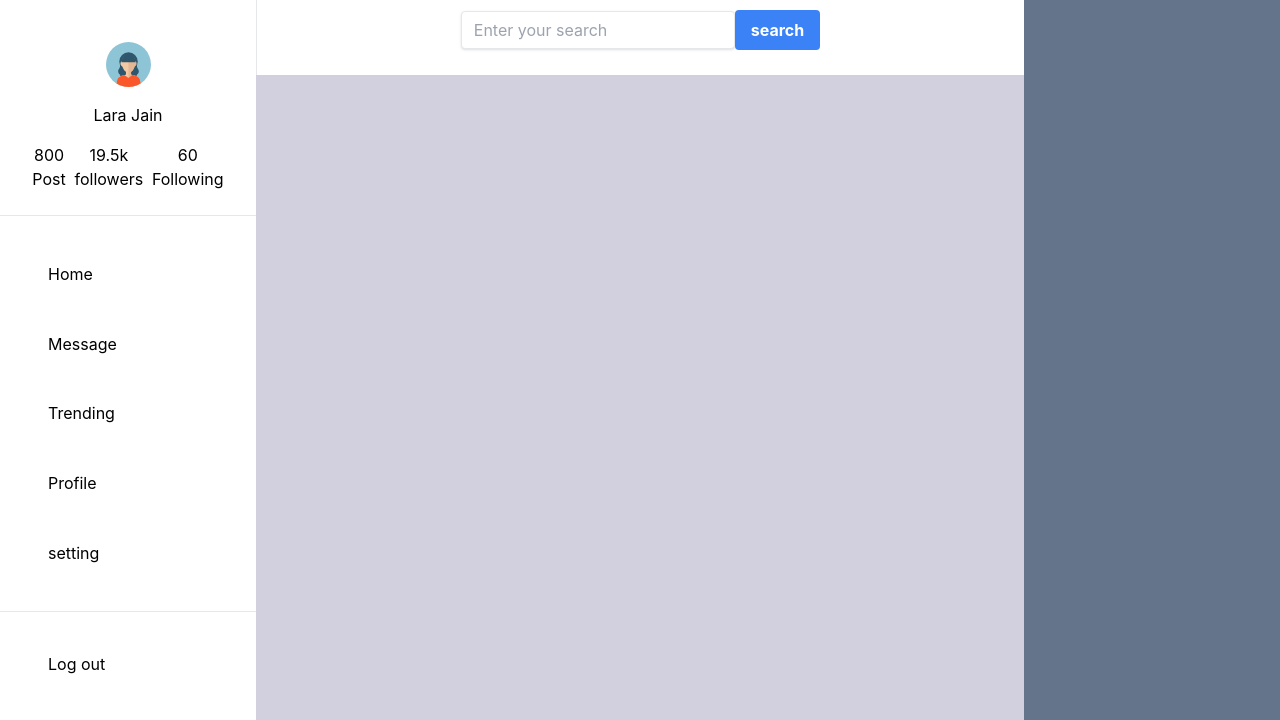
Repository: cosmicswati/upgrad-captions-project
Page: /account/signup
An editor plug-in stored every save of this project. The page is shown before and after the next save, followed by the edit.
The browser window is 1280 px wide. The pictures show the whole page.
The project was rebuilt for these pictures with package versions that can differ from the ones it lists, and the page was loaded fresh each time. Also part of the build but not shown: src/modules/Authorization/Form.jsx, src/modules/Authorization/index.js.

Above is the page before, as saved 2024-04-09 15:02:08.

After the next save:
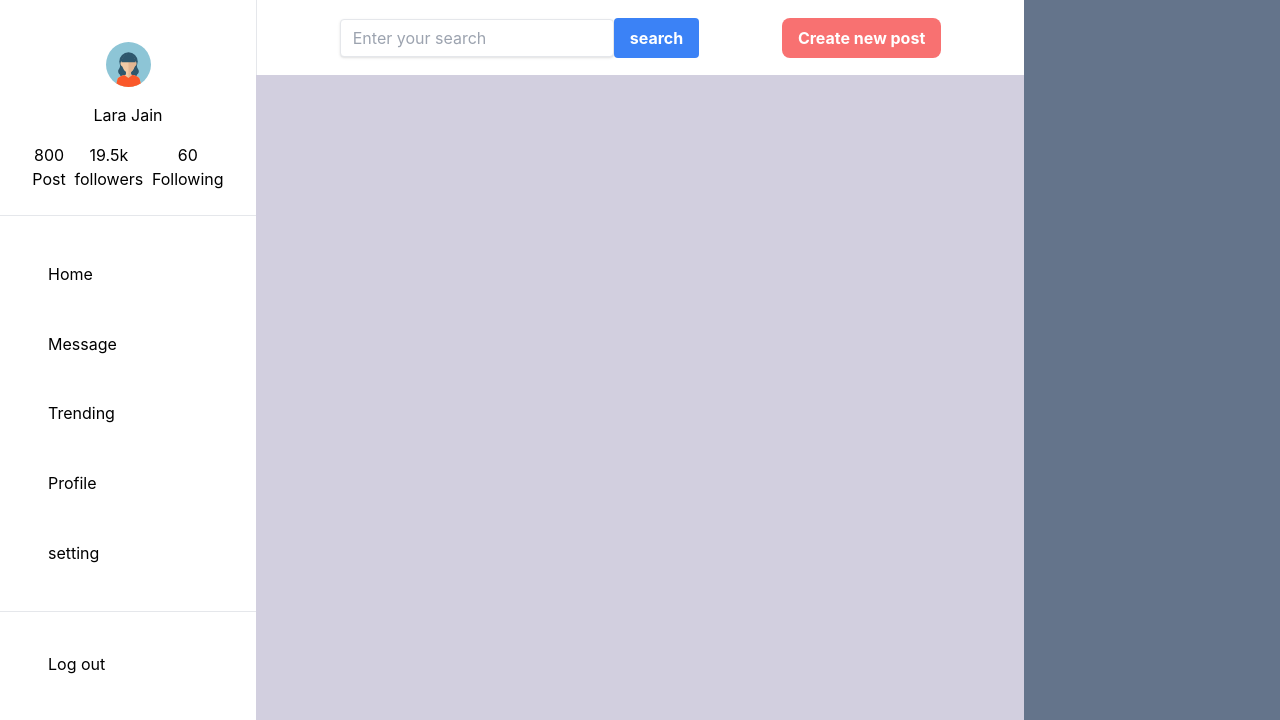
Saved 3 min 42 s later.
--- a/src/modules/Home/index.js
+++ b/src/modules/Home/index.js
@@ -39,11 +39,12 @@ const Home = () => {
             </div>
         </div>
         <div className='w-[60%] overflow-scroll h-full scrollbar-hide'>
-            <div className='bg-white h-[75px] border-l flex justify-center items-center'>
+            <div className='bg-white h-[75px] border-l flex justify-evenly items-center pt-4'>
                  <div className='flex justify-center items-center'>
                     <Input placeholder='Enter your search '/>
                     <Button label='search'  className='mb-4'/>
                  </div>
+                 <Button label='Create new post'  className='rounded-lg bg-red-400 hover:bg-red-500 mb-4'/>
             </div>
         </div>
         <div className='w-[20%] bg-slate-500'></div>
